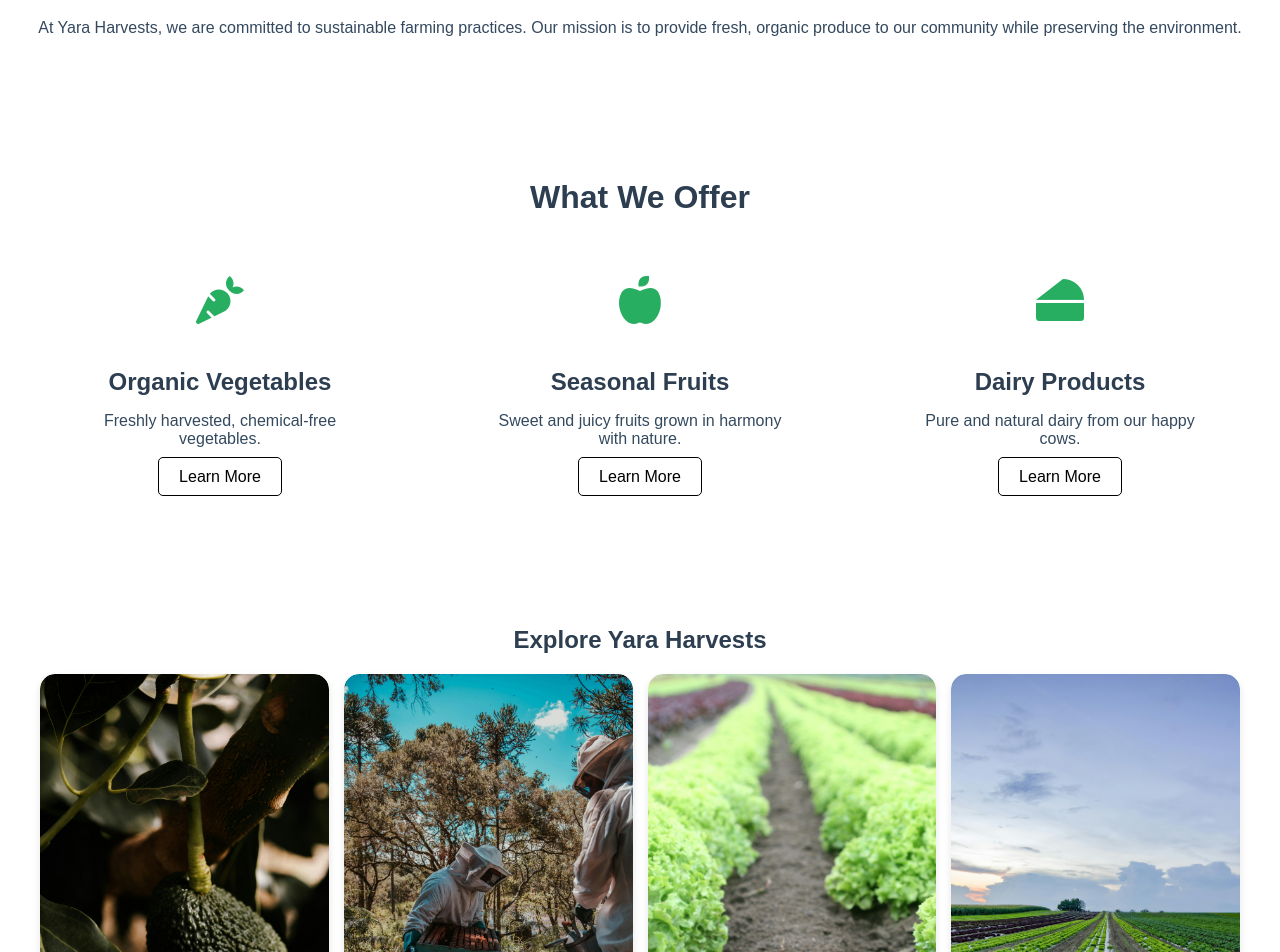
Repository: Kanyi-Manyara/yara-farm
Page: index.html
These files come from the project's save history. The page is drawn as it stood at one moment and after the next save; the edit follows.
The browser window is 1280 px wide. The pictures show the part of the page from y = 819 to 1771 px (the page is 3678 px tall).

Above is the page before, as saved 2025-02-22 13:58:11.
Console error: TypeError: Cannot read properties of null (reading 'addEventListener')

After the next save:
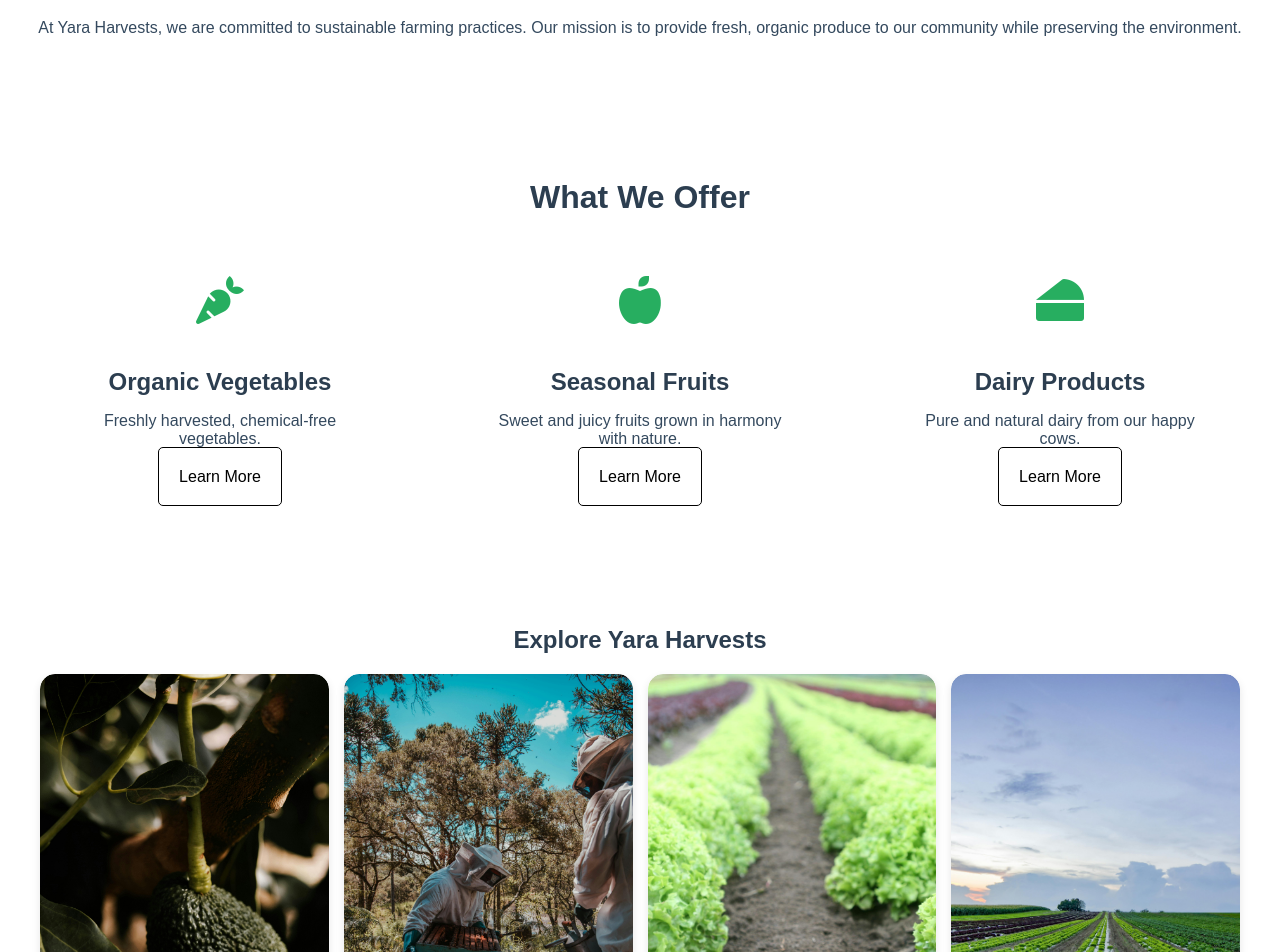
Saved 67 s later.
--- a/style.css
+++ b/style.css
@@ -225,7 +225,7 @@
   .learn-more {
     background: transparent; /* Transparent button background */
     color: black; /* Grey font color */
-    padding: 10px 20px;
+    padding: 20px 20px;
     text-decoration: none;
     border: 1px solid black; /* White outline for button */
     border-radius: 5px;

After the 2 saves that followed:
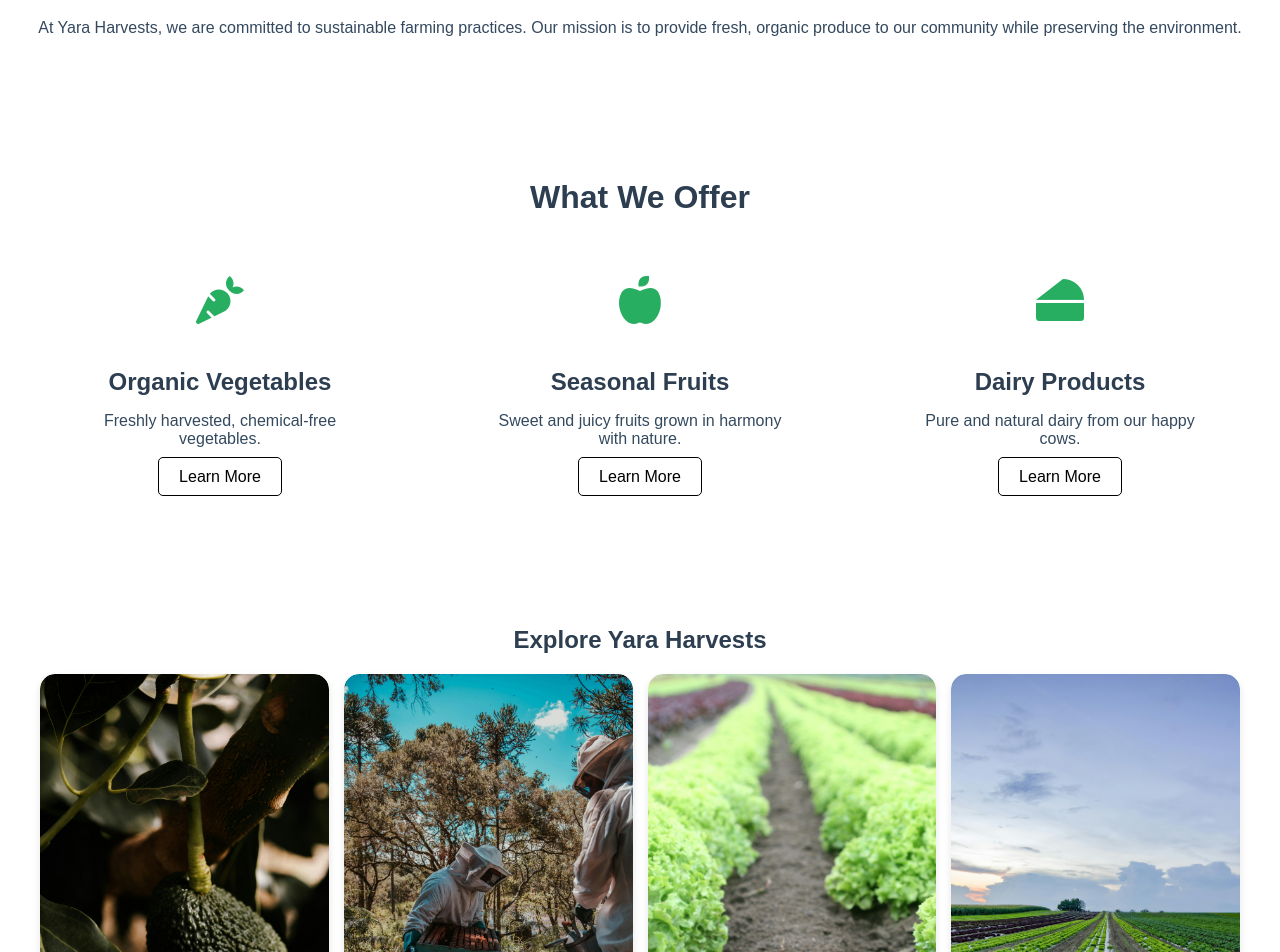
The 2 saves are shown as one change because they came seconds apart.
The last was saved 29 s later.
--- a/style.css
+++ b/style.css
@@ -225,7 +225,7 @@
   .learn-more {
     background: transparent; /* Transparent button background */
     color: black; /* Grey font color */
-    padding: 20px 20px;
+    padding: 10px 20px;
     text-decoration: none;
     border: 1px solid black; /* White outline for button */
     border-radius: 5px;
